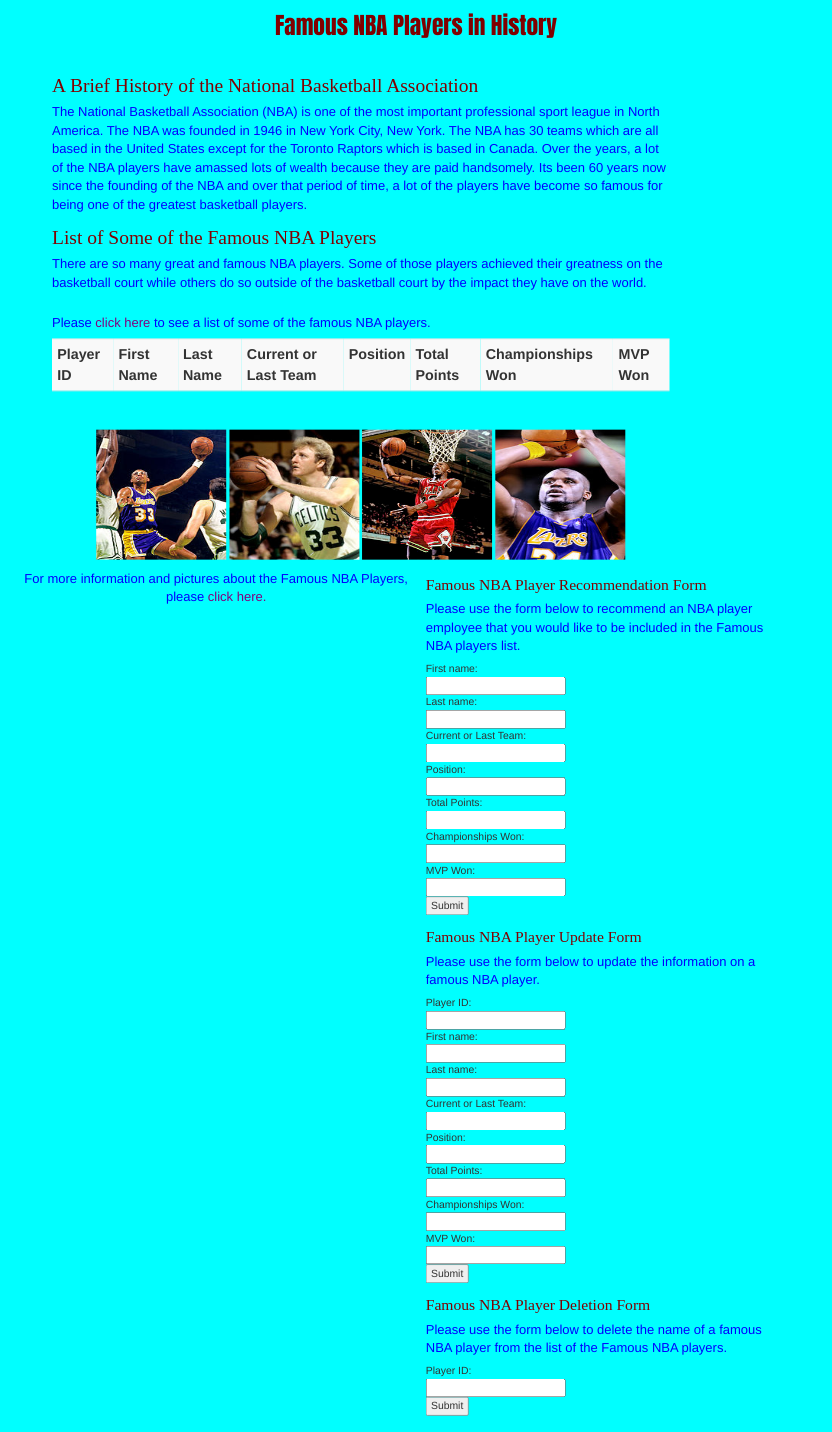
Repository: myjavaweb2/Week5JDBCAssignments
Page: myweek5project/src/main/webapp/indexplayer.html
An editor plug-in stored every save of this project. The page is shown before and after the next save, followed by the edit.
The browser window is 1280 px wide. The pictures show the whole page, at 65% of full size.

Above is the page before, as saved 2016-09-03 05:18:47.

### myweek5project/src/main/webapp/indexplayer.html
<!DOCTYPE html>
<html>
<head>
<meta charset="ISO-8859-1">
<title>Famous NBA Players</title>

<!-- Latest compiled and minified CSS -->
<link rel="stylesheet"
	href="https://maxcdn.bootstrapcdn.com/bootstrap/3.3.7/css/bootstrap.min.css"
	integrity="sha384-BVYiiSIFeK1dGmJRAkycuHAHRg32OmUcww7on3RYdg4Va+PmSTsz/K68vbdEjh4u"
	crossorigin="anonymous">

<link rel="stylesheet" type="text/css" href="player.css">

</head>
<body>

	<header>

		<h1>Famous NBA Players in History</h1>

	</header>

	<main>

	<h2>A Brief History of the National Basketball Association</h2>

	<p>The National Basketball Association (NBA) is one of the most
		important professional sport league in North America. The NBA
		was founded in 1946 in New York City, New York. The NBA has 30
		teams which are all based in the United States except for the
		Toronto Raptors which is based in Canada. Over the years, a lot
		of the NBA players have amassed lots of wealth because they are
		paid handsomely. Its been 60 years now since the founding of the
		NBA and over that period of time, a lot of the players have become
		so famous for being one of the greatest basketball players.</p>

	<h2>List of Some of the Famous NBA Players</h2>

	<p>There are so many great and famous NBA players. Some of those
		players achieved their greatness on the basketball court while others
		do so outside of the basketball court by the impact they have on the
		world.</p>
	<br>

	<p>Please <a href="readDB.jsp">click here</a> to see a list of some of the famous NBA
		players.</p>

	<table class="table table-striped";">
		<tr>
			<th>Player ID</th>
			<th>First Name</th>
			<th>Last Name</th>
			<th>Current or Last Team</th>
			<th>Position</th>
			<th>Total Points</th>
			<th>Championships Won</th>
			<th>MVP Won</th>
		</tr>
		<tr>
			<td></td>
			<td></td>
			<td></td>
			<td></td>
			<td></td>
			<td></td>
			<td></td>
			<td></td>
		</tr>

	</table>

	<div><br>
	<img alt="Kareem Abdul-Jabbar" src="images/Abdul_Jabbar.jpg" width="200px" height="200px">
	<img alt="Larry Bird" src="images/Larry_Bird.jpg" width="200px" height="200px">
	<img alt="Michael Jordan" src="images/Jordan.jpg" width="200px" height="200px">
	<img alt="Shaquille O'Neal" src="images/Shaquille_O'Neal.jpg" width="200px" height="200px">
	</div>
	</main>
	<aside>
		<h3>Famous NBA Player Recommendation Form</h3>



		<p>Please use the form below to recommend an NBA player employee
			that you would like to be included in the Famous NBA players list.</p>

		<form action="addToDB" method="post">
			First name:<br> <input type="text" name="first_name"><br>
			Last name:<br> <input type="text" name="last_name"><br>
			Current or Last Team:<br> <input type="text"
				name="current_last_team"><br> Position:<br> <input
				type="text" name="position"><br> Total Points:<br>
			<input type="text" name="total_points"><br>
			Championships Won:<br> <input type="text"
				name="championships_won"><br> MVP Won:<br> <input
				type="text" name="mvp_won"><br> <input type="submit"
				value="Submit">
		</form>

		<h3>Famous NBA Player Update Form</h3>

		<p>Please use the form below to update the information on a famous
			NBA player.</p>

		<form action="updatePlayer" method="post">
			Player ID:<br> <input type="text" name="player_id"><br>
			First name:<br> <input type="text" name="first_name"><br>
			Last name:<br> <input type="text" name="last_name"><br>
			Current or Last Team:<br> <input type="text"
				name="current_last_team"><br> Position:<br> <input
				type="text" name="position"><br> Total Points:<br>
			<input type="text" name="total_points"><br>
			Championships Won:<br> <input type="text"
				name="championships_won"><br> MVP Won:<br> <input
				type="text" name="mvp_won"><br> <input type="submit"
				value="Submit">
		</form>

		<h3>Famous NBA Player Deletion Form</h3>

		<p>Please use the form below to delete the name of a famous NBA
			player from the list of the Famous NBA players.</p>

		<form action="deletePlayer" method="post">
			Player ID:<br> <input type="text" name="player_id"><br>
			  <input type="submit" value="Submit">
		</form>

	</aside>

	<footer>

		<p>
			For more information and pictures about the Famous NBA Players,
			please <a href="https://en.wikipedia.org/wiki/National_Basketball_Association/"
				target="_blank">click here.</a>
		</p>

	</footer>

</body>
</html>

### myweek5project/src/main/webapp/player.css
html, body {
	margin: 0;
	padding: 0;
	border: 0;
	font-size: 100%;
	background-color: aqua;
}

header {
	height: 55px;
}

div {
	text-align: center;
}

main {
	width: 950px;
	background-color: aqua;
	float: left;
	padding-left: 0;
	padding-right: 0;
	position: relative;
	right: 20px;
  	left: 80px;
  	top: 20px;
  	bottom: 15px;
}

aside {
	width: 650px;
	background-color: aqua;
	float: right;
	padding: 25px;
	padding-right: 100px;
}

footer {
	clear: left;
	padding: 35px;
	border: 5px;
	text-align: center;
}

p {
	font-style: Times New Roman, Tahoma, sans serif;
	font-size: 20px;
	color: blue;
}

h1, h2, h3 {
	font-family: fantasy, serif;
	color:maroon;
}

h1 {
	font-family: "Helvetica-Bold",Impact, sans serif;
	text-align: center;

}

th {
	color: blue bold;
	font-size: 22px;
}

td {
	color:teal;
	font-size: 20px;
}

a {
	color: purple;
	text-decoration: none;
}

a:hover {

    text-decoration: line-through;
}

After the next save:
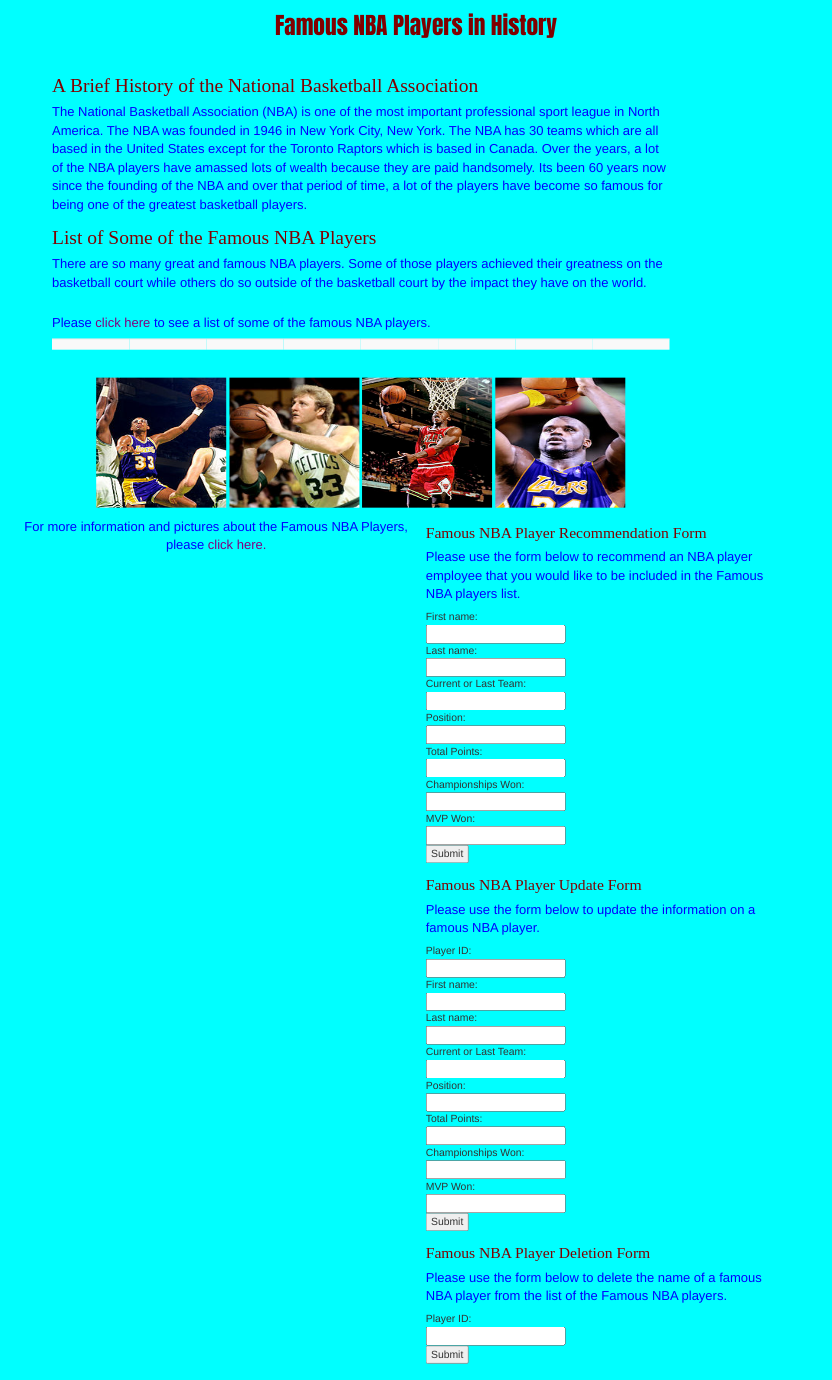
Saved 86 s later.
--- a/myweek5project/src/main/webapp/indexplayer.html
+++ b/myweek5project/src/main/webapp/indexplayer.html
@@ -47,16 +47,7 @@
 		players.</p>
 
 	<table class="table table-striped";">
-		<tr>
-			<th>Player ID</th>
-			<th>First Name</th>
-			<th>Last Name</th>
-			<th>Current or Last Team</th>
-			<th>Position</th>
-			<th>Total Points</th>
-			<th>Championships Won</th>
-			<th>MVP Won</th>
-		</tr>
+
 		<tr>
 			<td></td>
 			<td></td>
